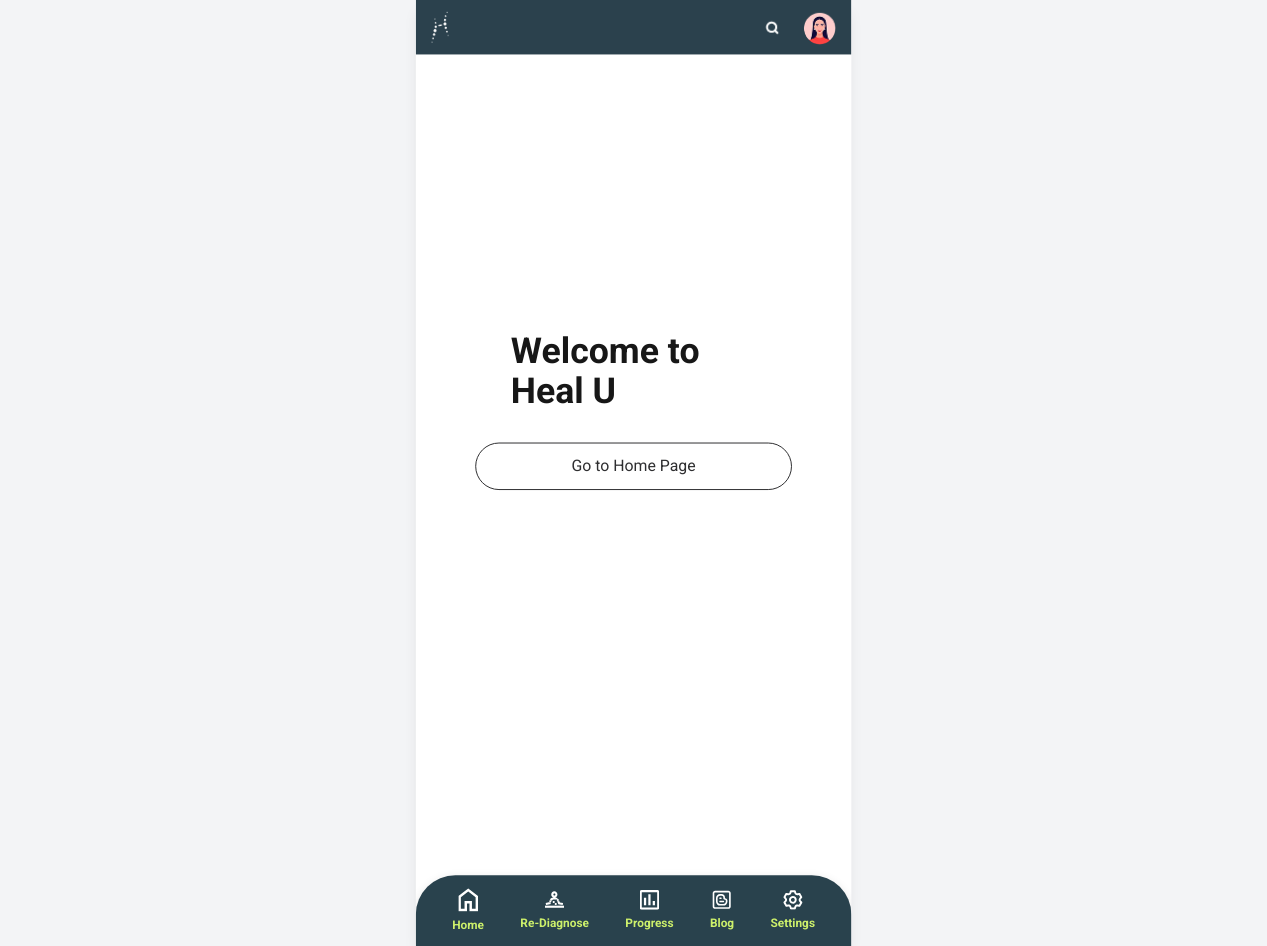
Repository: patcha-d3/heal_u
Page: /
An editor plug-in stored every save of this project. The page is shown before and after the next save, followed by the edit.
The browser window is 1280 px wide. The pictures show the whole page, at 99% of full size.
The project was rebuilt for these pictures with package versions that can differ from the ones it lists, and the page was loaded fresh each time. The framework's server and built-in components were replaced by stand-ins that run in the browser. Also part of the build but not shown: next.config.js, next.config.mjs.

Above is the page before, as saved 2025-05-08 10:49:39.

After the next save:
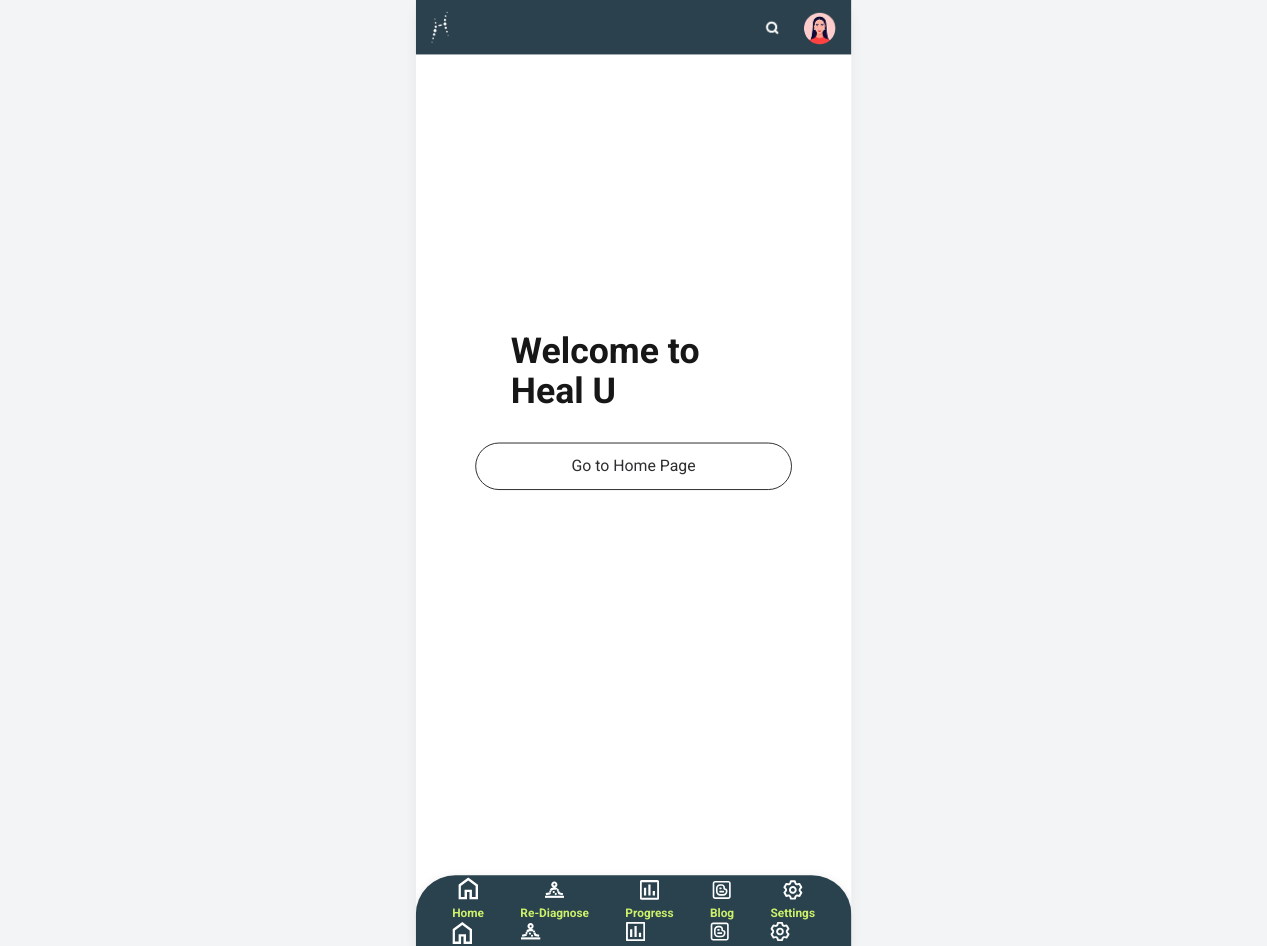
Saved 80 s later.
--- a/ui/Bottomnav/Bottomnav.js
+++ b/ui/Bottomnav/Bottomnav.js
@@ -44,6 +44,9 @@
                 {item.label}
               </span>
             </div>
+            <div className={`${styles.icon} ${styles.iconActive}`}>
+              <Image src={item.icon} alt={item.label} width={20} height={20} />
+            </div>
           </Link>
         );
       })}

After the save that followed:
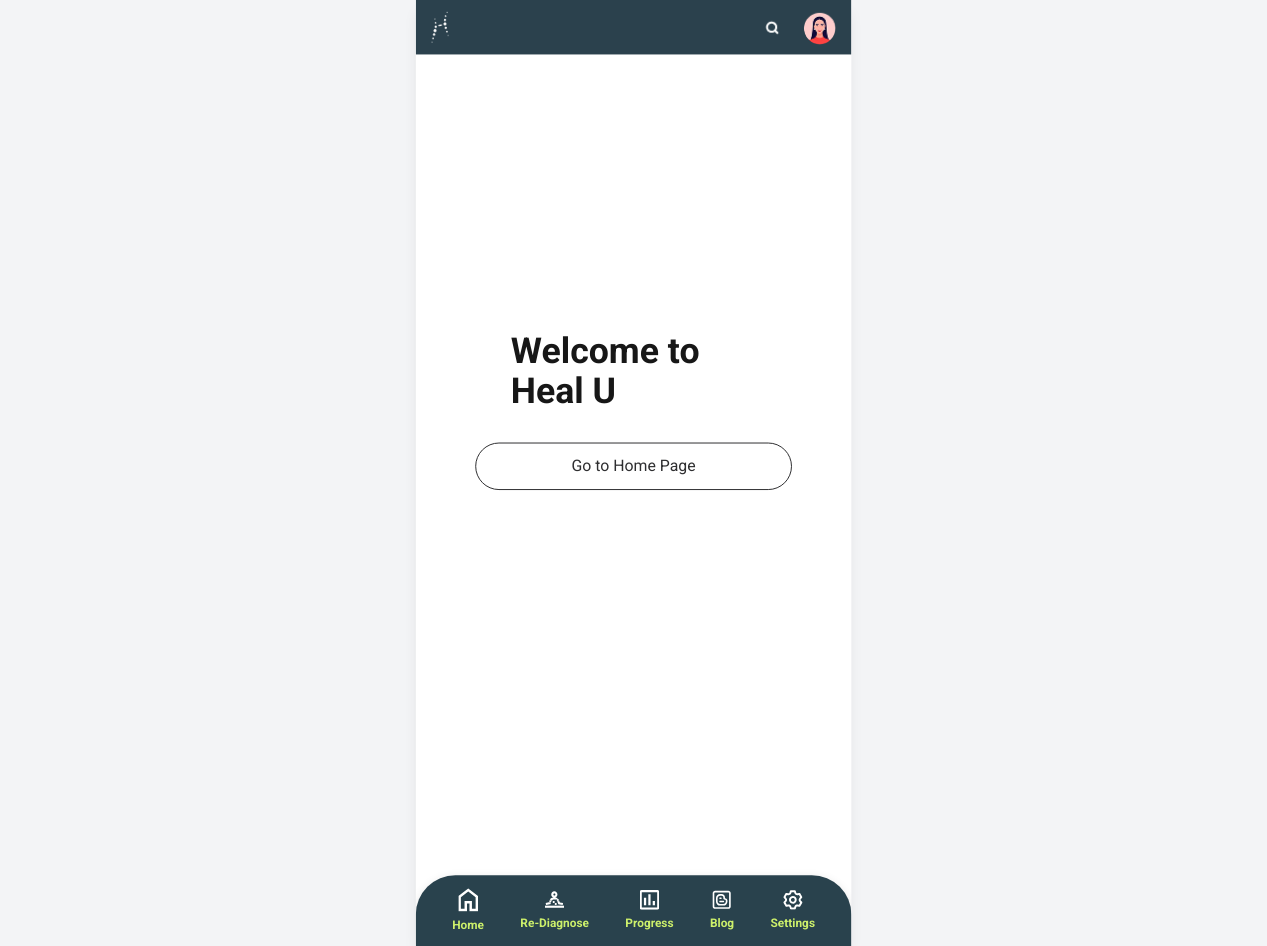
Saved 25 s later.
--- a/ui/Bottomnav/Bottomnav.js
+++ b/ui/Bottomnav/Bottomnav.js
@@ -44,9 +44,6 @@
                 {item.label}
               </span>
             </div>
-            <div className={`${styles.icon} ${styles.iconActive}`}>
-              <Image src={item.icon} alt={item.label} width={20} height={20} />
-            </div>
           </Link>
         );
       })}
